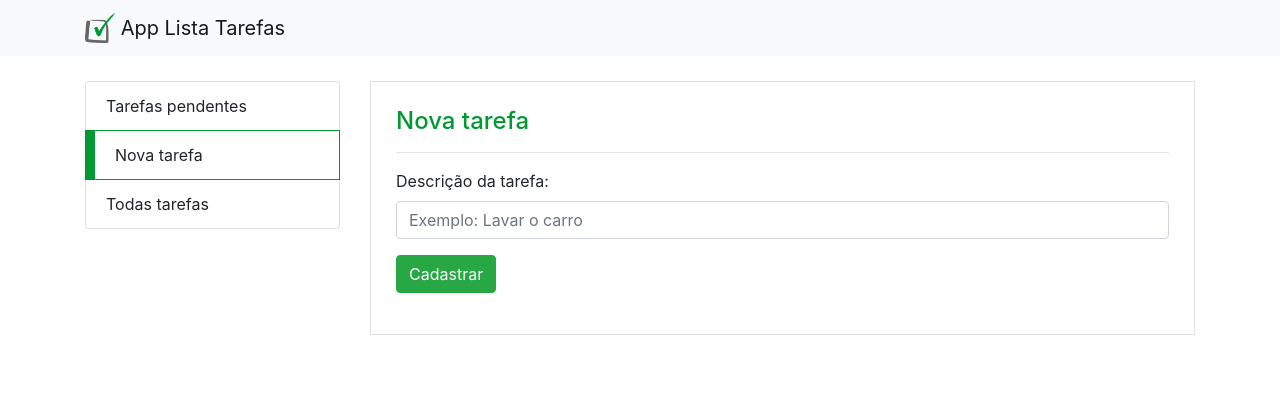
Repository: leobritto-sudo/curso-desenvolvimento-web
Page: http://localhost/nova_tarefa.php
The author's editor kept a copy of each file at every save. The page is drawn from the files as they stood at one save, then again after the next save.
The browser window is 1280 px wide. The pictures show the whole page.
Some web libraries are served in a nearby version. The page is run by PHP 8.4 with error messages shown; the project is at /var/www/html/.

Above is the page before, as saved 2021-12-07 11:16:23.

### Seção 14 - PHP com PDO e MySQL/app_lista_tarefas_public/nova_tarefa.php
<html>
	<head>
		<meta charset="utf-8" />
		<meta name="viewport" content="width=device-width, initial-scale=1">
		<title>App Lista Tarefas</title>

		<link rel="stylesheet" href="css/estilo.css">
		<link rel="stylesheet" href="https://stackpath.bootstrapcdn.com/bootstrap/4.1.3/css/bootstrap.min.css" integrity="sha384-MCw98/SFnGE8fJT3GXwEOngsV7Zt27NXFoaoApmYm81iuXoPkFOJwJ8ERdknLPMO" crossorigin="anonymous">
		<link rel="stylesheet" href="https://use.fontawesome.com/releases/v5.3.1/css/all.css" integrity="sha384-mzrmE5qonljUremFsqc01SB46JvROS7bZs3IO2EmfFsd15uHvIt+Y8vEf7N7fWAU" crossorigin="anonymous">
	</head>

	<body>
		<nav class="navbar navbar-light bg-light">
			<div class="container">
				<a class="navbar-brand" href="#">
					<img src="img/logo.png" width="30" height="30" class="d-inline-block align-top" alt="">
					App Lista Tarefas
				</a>
			</div>
		</nav>

		<div class="container app">
			<div class="row">
				<div class="col-md-3 menu">
					<ul class="list-group">
						<li class="list-group-item"><a href="index.php">Tarefas pendentes</a></li>
						<li class="list-group-item active"><a href="#">Nova tarefa</a></li>
						<li class="list-group-item"><a href="todas_tarefas.php">Todas tarefas</a></li>
					</ul>
				</div>

				<div class="col-md-9">
					<div class="container pagina">
						<div class="row">
							<div class="col">
								<h4>Nova tarefa</h4>
								<hr />

								<form method="POST" action="tarefa_controller.php">
									<div class="form-group">
										<label>Descrição da tarefa:</label>
										<input type="text" class="form-control" name="tarefa" placeholder="Exemplo: Lavar o carro">
									</div>

									<button class="btn btn-success">Cadastrar</button>
								</form>
							</div>
						</div>
					</div>
				</div>
			</div>
		</div>
	</body>
</html>

Loaded but not shown: Seção 14 - PHP com PDO e MySQL/app_lista_tarefas_public/css/estilo.css (common file)

After the next save:
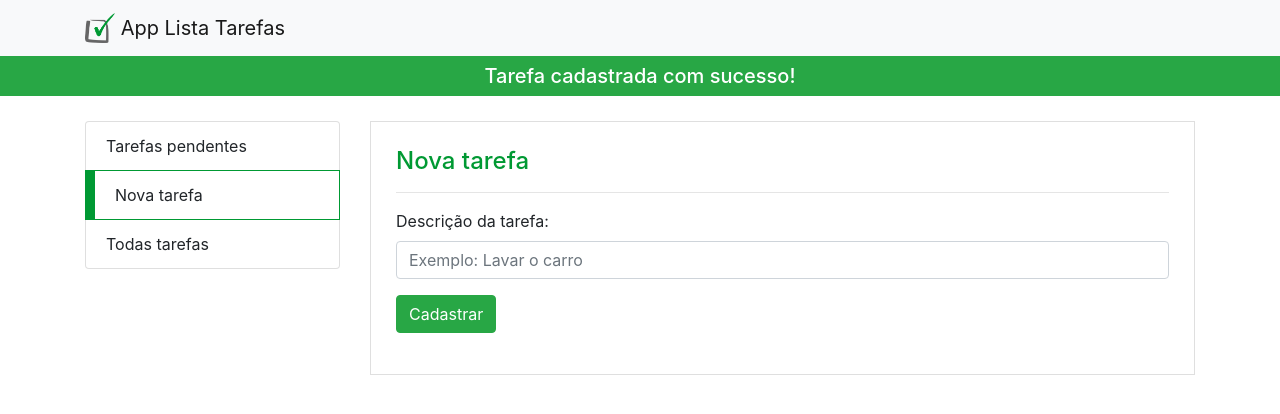
Saved 72 s later.
--- a/Seção 14 - PHP com PDO e MySQL/app_lista_tarefas_public/nova_tarefa.php
+++ b/Seção 14 - PHP com PDO e MySQL/app_lista_tarefas_public/nova_tarefa.php
@@ -18,6 +18,10 @@
 				</a>
 			</div>
 		</nav>
+
+		<div class="bg-success pt-2 text-white d-flex justify-content-center">
+			<h5>Tarefa cadastrada com sucesso!</h5>
+		</div>
 
 		<div class="container app">
 			<div class="row">
